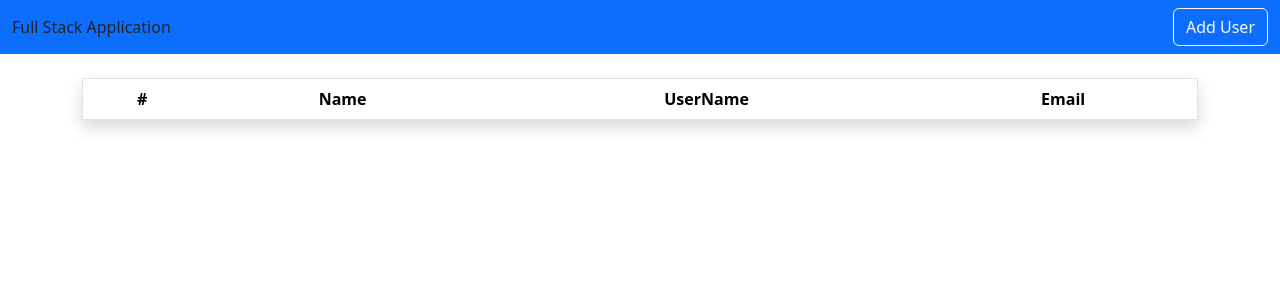
Repository: rajratangm/spring
Page: / (app in front/)
An editor plug-in stored every save of this project. The page is shown before and after a run of saves, followed by the edit.
The browser window is 1280 px wide. The pictures show the whole page.
The page's requests for data from a server got no answer. The project was rebuilt for these pictures with package versions that can differ from the ones it lists, and the page was loaded fresh each time. No one was signed in, and anything a server would have sent is missing. Also part of the build but not shown: front/src/users/AddUser.js.

Above is the page before, as saved 2024-05-19 18:40:51.

After the next 2 saves:
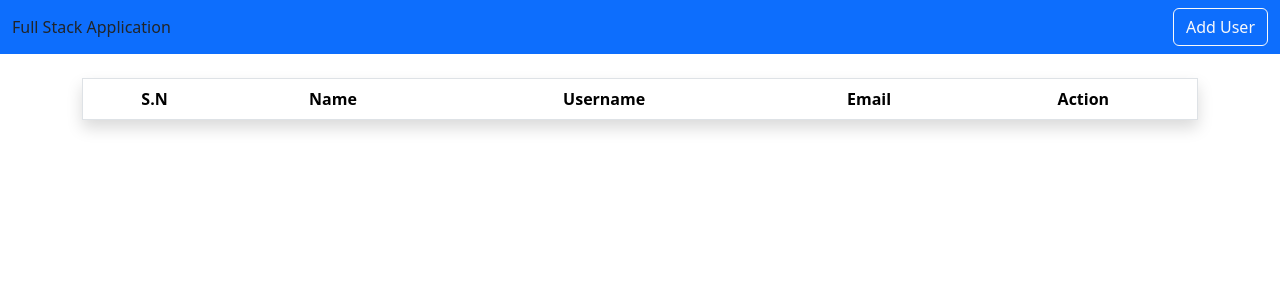
The 2 saves are shown as one change because they came seconds apart.
The last was saved 85 s later.
--- a/front/src/pages/Home.js
+++ b/front/src/pages/Home.js
@@ -1,8 +1,72 @@
-import React, { useEffect } from "react";
+// import React, { useEffect } from "react";
+// import axios from "axios";
+// import { useState } from "react";
+// const Home = () => {
+//   const [users, setUsers] = useState([]);
+
+//   useEffect(() => {
+//     loadUsers();
+//   }, []);
+
+//   const loadUsers = async () => {
+//     const result = await axios.get("http://localhost:8080/users");
+//     setUsers(result.data)
+//     console.log(result.data)
+//     console.log(users)
+//   };
+
+//   return (
+//     <div className="container">
+//       <div className="py-4">
+//         <table className="table border shadow">
+//           <thead>
+//             <tr>
+//               <th scope="col">#</th>
+//               <th scope="col">Name</th>
+//               <th scope="col">UserName</th>
+//               <th scope="col">Email</th>
+//             </tr>
+//           </thead>
+//           <tbody>
+//             {users.map((user, index)=>(
+//               <tr>
+//                 <th scope="row" key= {index}>{index+1}</th>
+//                 <td>{user.name}</td>
+//                 <td>{user.username}</td>
+//                 <td>{user.email}</td>
+//                 <td>
+//                     <button className="btn btn-primary mx-2">
+//                         view
+
+//                     </button>
+//                     <button className="btn btn-outline-primary mx-2">
+//                         Edit
+
+//                     </button>
+//                     <button className="btn btn-danger mx-2">
+//                         Delete
+
+//                     </button>
+//                 </td>
+//               </tr>
+//             ))}
+//           </tbody>
+//         </table>
+//       </div>
+//     </div>
+//   );
+// };
+
+// export default Home;
+
+import React, { useEffect, useState } from "react";
 import axios from "axios";
-import { useState } from "react";
-const Home = () => {
+import { Link, useParams } from "react-router-dom";
+
+export default function Home() {
   const [users, setUsers] = useState([]);
+
+  const { id } = useParams();
 
   useEffect(() => {
     loadUsers();
@@ -10,9 +74,12 @@
 
   const loadUsers = async () => {
     const result = await axios.get("http://localhost:8080/users");
-    setUsers(result.data)
-    console.log(result.data)
-    console.log(users)
+    setUsers(result.data);
+  };
+
+  const deleteUser = async (id) => {
+    await axios.delete(`http://localhost:8080/user/${id}`);
+    loadUsers();
   };
 
   return (
@@ -21,32 +88,41 @@
         <table className="table border shadow">
           <thead>
             <tr>
-              <th scope="col">#</th>
+              <th scope="col">S.N</th>
               <th scope="col">Name</th>
-              <th scope="col">UserName</th>
+              <th scope="col">Username</th>
               <th scope="col">Email</th>
+              <th scope="col">Action</th>
             </tr>
           </thead>
           <tbody>
-            {users.map((user, index)=>(
+            {users.map((user, index) => (
               <tr>
-                <th scope="row" key= {index}>{index+1}</th>
+                <th scope="row" key={index}>
+                  {index + 1}
+                </th>
                 <td>{user.name}</td>
                 <td>{user.username}</td>
                 <td>{user.email}</td>
                 <td>
-                    <button className="btn btn-primary mx-2">
-                        view
-
-                    </button>
-                    <button className="btn btn-outline-primary mx-2">
-                        Edit
-
-                    </button>
-                    <button className="btn btn-danger mx-2">
-                        Delete
-
-                    </button>
+                  <Link
+                    className="btn btn-primary mx-2"
+                    to={`/viewuser/${user.id}`}
+                  >
+                    View
+                  </Link>
+                  <Link
+                    className="btn btn-outline-primary mx-2"
+                    to={`/edituser/${user.id}`}
+                  >
+                    Edit
+                  </Link>
+                  <button
+                    className="btn btn-danger mx-2"
+                    onClick={() => deleteUser(user.id)}
+                  >
+                    Delete
+                  </button>
                 </td>
               </tr>
             ))}
@@ -55,6 +131,4 @@
       </div>
     </div>
   );
-};
-
-export default Home;
+}

After the 2 saves that followed:
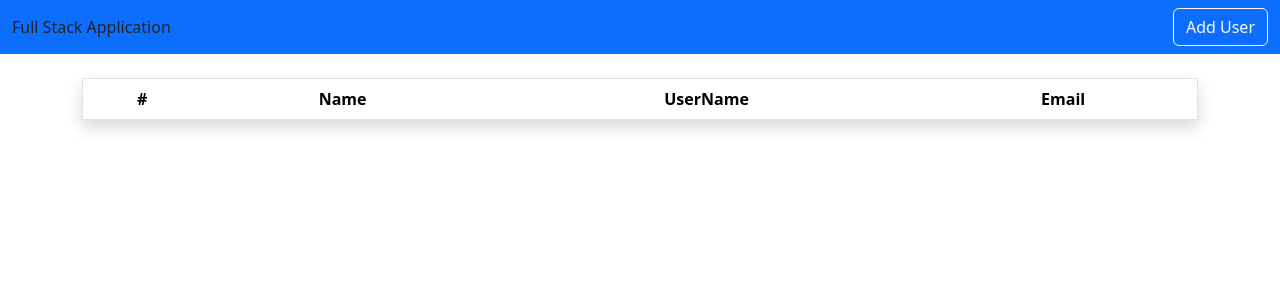
The 2 saves are shown as one change because they came seconds apart.
The last was saved 32 s later.
--- a/front/src/pages/Home.js
+++ b/front/src/pages/Home.js
@@ -1,72 +1,8 @@
-// import React, { useEffect } from "react";
-// import axios from "axios";
-// import { useState } from "react";
-// const Home = () => {
-//   const [users, setUsers] = useState([]);
-
-//   useEffect(() => {
-//     loadUsers();
-//   }, []);
-
-//   const loadUsers = async () => {
-//     const result = await axios.get("http://localhost:8080/users");
-//     setUsers(result.data)
-//     console.log(result.data)
-//     console.log(users)
-//   };
-
-//   return (
-//     <div className="container">
-//       <div className="py-4">
-//         <table className="table border shadow">
-//           <thead>
-//             <tr>
-//               <th scope="col">#</th>
-//               <th scope="col">Name</th>
-//               <th scope="col">UserName</th>
-//               <th scope="col">Email</th>
-//             </tr>
-//           </thead>
-//           <tbody>
-//             {users.map((user, index)=>(
-//               <tr>
-//                 <th scope="row" key= {index}>{index+1}</th>
-//                 <td>{user.name}</td>
-//                 <td>{user.username}</td>
-//                 <td>{user.email}</td>
-//                 <td>
-//                     <button className="btn btn-primary mx-2">
-//                         view
-
-//                     </button>
-//                     <button className="btn btn-outline-primary mx-2">
-//                         Edit
-
-//                     </button>
-//                     <button className="btn btn-danger mx-2">
-//                         Delete
-
-//                     </button>
-//                 </td>
-//               </tr>
-//             ))}
-//           </tbody>
-//         </table>
-//       </div>
-//     </div>
-//   );
-// };
-
-// export default Home;
-
-import React, { useEffect, useState } from "react";
+import React, { useEffect } from "react";
 import axios from "axios";
-import { Link, useParams } from "react-router-dom";
-
-export default function Home() {
+import { useState } from "react";
+const Home = () => {
   const [users, setUsers] = useState([]);
-
-  const { id } = useParams();
 
   useEffect(() => {
     loadUsers();
@@ -74,12 +10,9 @@
 
   const loadUsers = async () => {
     const result = await axios.get("http://localhost:8080/users");
-    setUsers(result.data);
-  };
-
-  const deleteUser = async (id) => {
-    await axios.delete(`http://localhost:8080/user/${id}`);
-    loadUsers();
+    setUsers(result.data)
+    console.log(result.data)
+    console.log(users)
   };
 
   return (
@@ -88,41 +21,32 @@
         <table className="table border shadow">
           <thead>
             <tr>
-              <th scope="col">S.N</th>
+              <th scope="col">#</th>
               <th scope="col">Name</th>
-              <th scope="col">Username</th>
+              <th scope="col">UserName</th>
               <th scope="col">Email</th>
-              <th scope="col">Action</th>
             </tr>
           </thead>
           <tbody>
-            {users.map((user, index) => (
+            {users.map((user, index)=>(
               <tr>
-                <th scope="row" key={index}>
-                  {index + 1}
-                </th>
+                <th scope="row" key= {index}>{index+1}</th>
                 <td>{user.name}</td>
                 <td>{user.username}</td>
                 <td>{user.email}</td>
                 <td>
-                  <Link
-                    className="btn btn-primary mx-2"
-                    to={`/viewuser/${user.id}`}
-                  >
-                    View
-                  </Link>
-                  <Link
-                    className="btn btn-outline-primary mx-2"
-                    to={`/edituser/${user.id}`}
-                  >
-                    Edit
-                  </Link>
-                  <button
-                    className="btn btn-danger mx-2"
-                    onClick={() => deleteUser(user.id)}
-                  >
-                    Delete
-                  </button>
+                    <button className="btn btn-primary mx-2">
+                        view
+
+                    </button>
+                    <button className="btn btn-outline-primary mx-2">
+                        Edit
+
+                    </button>
+                    <button className="btn btn-danger mx-2">
+                        Delete
+
+                    </button>
                 </td>
               </tr>
             ))}
@@ -131,4 +55,6 @@
       </div>
     </div>
   );
-}
+};
+
+export default Home;
